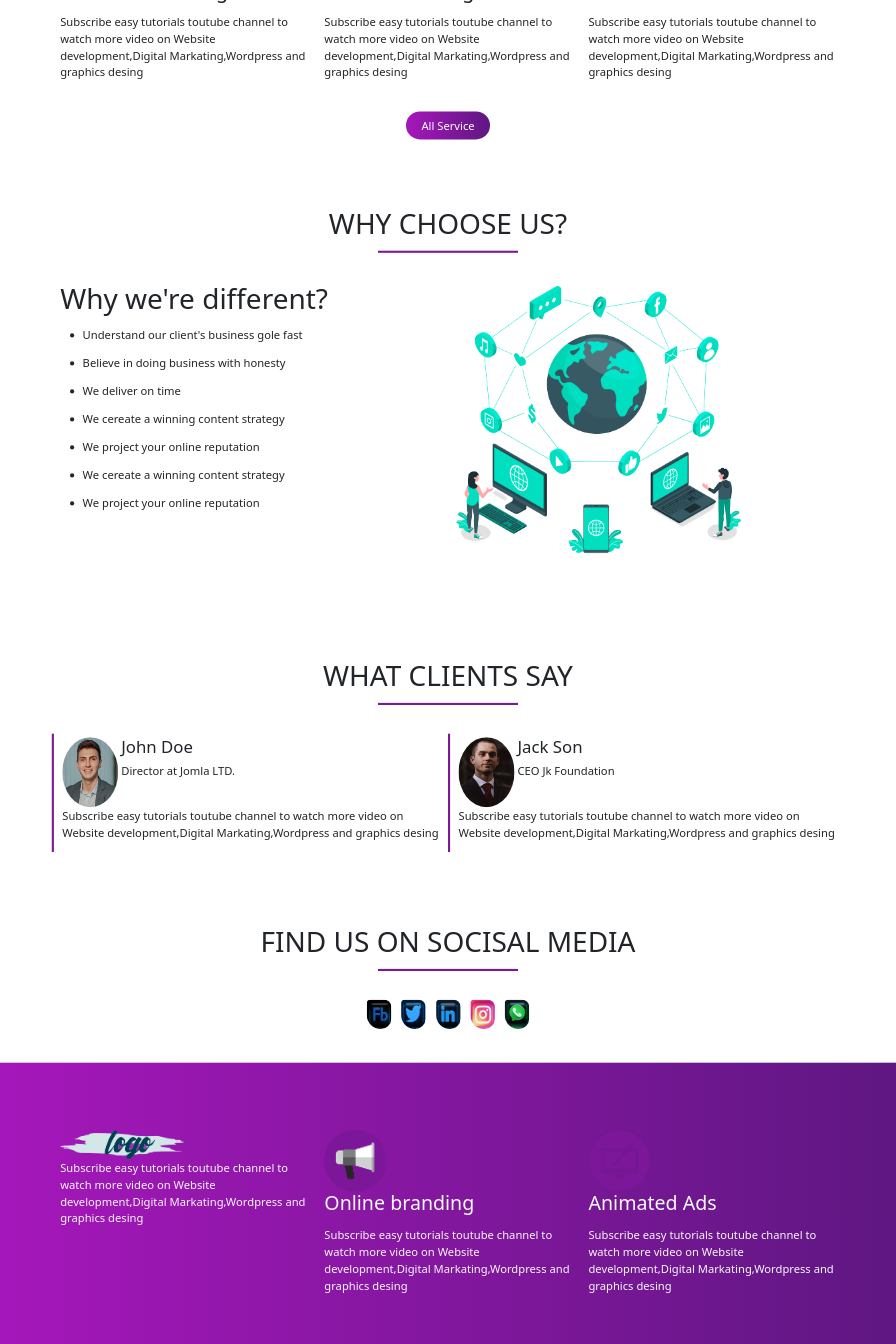
Repository: zjria/PSD-to-HTML-DIGITAL-AGENCY
Page: index.html
An editor plug-in stored every save of this project. The page is shown before and after the next save, followed by the edit.
The browser window is 1280 px wide. The pictures show the part of the page from y = 813 to 2733 px (the page is 2733 px tall), at 70% of full size.
Some web libraries are served in a nearby version.

Above is the page before, as saved 2022-05-11 22:58:25.

### index.html
<!doctype html>
<html lang="en">
  <head>
    <!-- Required meta tags -->
    <meta charset="utf-8">
    <meta name="viewport" content="width=device-width, initial-scale=1">
    <title>DIGITAL AGENCY</title>
    <!-- Bootstrap CSS -->
    <link href="https://cdn.jsdelivr.net/npm/bootstrap@5.0.2/dist/css/bootstrap.min.css" rel="stylesheet">
    <!-- Font awesome link-->
    <link rel="stylesheet" href="https://cdnjs.cloudflare.com/ajax/libs/font-awesome/6.1.1/css/all.min.css">
    <!-- custom CSS  -->
    <link rel="stylesheet" href="css/style.css">
  </head>
  <body>
    <!-- Navbar Section Start -->
    <section class="header">
        <nav class="navbar navbar-expand-md fixed-top">
            <div class="container">
                <a href="#" class="navbar-brand">
                    <img src="img/h_logo.png" alt="" class="menu-icon img-fluid w-50">
                </a>
                <button class="navbar-toggler" data-bs-target="#menunavbarlink" data-bs-toggle="collapse" type="button">
                    <span class="navbar-toggler-icon"></span>
                </button>
                <div class="collapse navbar-collapse fw-bold " id="menunavbarlink">
                  <ul class="navbar-nav ms-auto ">
                    <li class="nav-item ">
                      <a href="#Home" class="nav-link text-white">Home</a>
                    </li>
                    <li class="nav-item">
                      <a href="#Services" class="nav-link text-white">Services</a>
                    </li>
                    <li class="nav-item">
                      <a href="#About" class="nav-link text-white">About</a>
                    </li>
                    <li class="nav-item">
                      <a href="#Testimonials" class="nav-link text-white" >Testimonials</a>
                    </li>
                    <li class="nav-item">
                      <a href="#Contact" class="nav-link text-white">Contact</a>
                    </li>
                  </ul>
                </div>
            </div>
        </nav>
    </section>
    <!-- Navbar Section END -->
    <!-- Navbar Section Start -->
    <section class="" id="baner" id="Home">
      <div class="container p-3 py-5">
        <div class="row align-items-center text-white mt-5">
          <div class="col-md-6">
            <h1>BEST DIGITAL AGENCY</h1>
            <p class="lead">Subscribe easy tutorials toutube channel to watch more video on Website development,Digital Markating,Wordpress and graphics desing</p>
            <a href="#"><img src="img/play.png" class="img-fluid me-2 " alt=""><span>Watch tutorials</span></a>
          </div>
          <div class="col-md-6 m-auto">
            <img src="img/heder_logo.png" class="img-fluid w-75" alt="">
          </div>
        </div>
      </div>
      <img src="img/wave1.png" alt="" class="img-wave1 img-fluid">
    </section>
    <!-- Navbar Section END -->

    <!-- Service Section Start -->
      <section class="service-section">
        <div class="container p-3 py-5">
          <div class="row">
            <h1 class="title">WHAT WE DO?</h1>
          </div>
          <div class="row mt-5">
            <div class="col-12 col-md-4 mb-2">
              <img src="img/service1.png" alt="" class="img-fluid w-25">
              <h3 class="mb-3">Growth Marketing</h3>
              <p>
                Subscribe easy tutorials toutube channel to watch more video on Website development,Digital Markating,Wordpress and graphics desing</p>
            </div>
            <div class="col-12 col-md-4 mb-2">
              <img src="img/service2.png" alt="" class="img-fluid w-25">
              <h3 class="mb-3">Online branding</h3>
              <p>
                Subscribe easy tutorials toutube channel to watch more video on Website development,Digital Markating,Wordpress and graphics desing</p>
            </div>
            <div class="col-12 col-md-4 mb-2">
              <img src="img/service3.png" alt="" class="img-fluid w-25">
              <h3 class="mb-3">Animated Ads</h3>
              <p>
                Subscribe easy tutorials toutube channel to watch more video on Website development,Digital Markating,Wordpress and graphics desing</p>
            </div>
          </div>
          <div class="row">
            <div class="com-12 text-center">
              <button type="button" class="services-button btn">All Service</button>
            </div>
          </div>
        </div>
      </section>
    <!-- Service Section End -->

    <!-- About Section Start -->
    <section class="about-section">
      <div class="container p-3 py-5">
        <div class="row">
          <h1 class="title">WHY CHOOSE US?</h1>
        </div>
        <div class="row my-5">
          <div class="col-md-6">
            <h1>Why we're different?</h1>
            <ul>
              <li class="py-2">Understand our client's business gole fast</li>
              <li class="py-2">Believe in doing business with honesty</li>
              <li class="py-2">We deliver on time</li>
              <li class="py-2">We cereate a winning content strategy</li>
              <li class="py-2">We project your online reputation</li>
              <li class="py-2">We cereate a winning content strategy</li>
              <li class="py-2">We project your online reputation</li>
            </ul>
          </div>
          <div class="col-md-6">
            <img src="img/networker.png" alt="" class="img-fluid w-75">
          </div>
        </div>
      </div>
    </section>

    <!-- About Section End -->

    <!-- Testimonial Start -->
    <section class="Testimonial-section">
      <div class="container p-3 py-5">
        <div class="row">
          <h1 class="title">WHAT CLIENTS SAY</h1>
        </div>
        <div class="row mt-5 man-img">
          <div class="col-12 col-md-6 mb-2 cline-div-style">
            <img src="img/man-1.png" alt="" class="img-fluid">
            <span class="d-inline-block mt-1">
              <h4>John Doe</h4>
              <p>Director at Jomla LTD.</p>
            </span>
            <p>
              Subscribe easy tutorials toutube channel to watch more video on Website development,Digital Markating,Wordpress and graphics desing</p>
          </div>
          <div class="col-12 col-md-6 mb-2 cline-div-style">
            <img src="img/man-2.png" alt="" class="img-fluid">
            <span class="d-inline-block mt-1">
              <h4>Jack Son</h4>
              <p>CEO Jk Foundation</p>
            </span>
            <p>
              Subscribe easy tutorials toutube channel to watch more video on Website development,Digital Markating,Wordpress and graphics desing</p>
          </div>
        </div>
      </div>
    </section>
    <!-- Testimonial End -->

    <!-- Social Section Start -->
    <section class="Social-section">
      <div class="container p-3 py-5">
        <div class="row">
          <h1 class="title">FIND US ON SOCISAL MEDIA</h1>
        </div>
        <div class="row pt-5 text-center">
          <div class="col-12">
            <a href="#"><img src="img/F.png" alt="" class="img-fluid"></a>
            <a href="#"><img src="img/T.png" alt="" class="img-fluid"></a>
            <a href="#"><img src="img/L.png" alt="" class="img-fluid"></a>
            <a href="#"><img src="img/I.png" alt="" class="img-fluid"></a>
            <a href="#"><img src="img/M.png" alt="" class="img-fluid"></a>
          </div>
        </div>
      </div>
    </section>
    <!-- Social Section End -->
    <!-- Footer Section Start -->
    <section class="Footer-section" id="Footer">
      <div class="container p-3 py-5 text-light">
        <div class="row mt-5">
          <div class="col-12 col-md-4 mb-2">
            <img src="img/h_logo.png" alt="" class="img-fluid w-50">
            <p>
              Subscribe easy tutorials toutube channel to watch more video on Website development,Digital Markating,Wordpress and graphics desing</p>
          </div>
          <div class="col-12 col-md-4 mb-2">
            <img src="img/service2.png" alt="" class="img-fluid w-25">
            <h3 class="mb-3">Online branding</h3>
            <p>
              Subscribe easy tutorials toutube channel to watch more video on Website development,Digital Markating,Wordpress and graphics desing</p>
          </div>
          <div class="col-12 col-md-4 mb-2">
            <img src="img/service3.png" alt="" class="img-fluid w-25">
            <h3 class="mb-3">Animated Ads</h3>
            <p>
              Subscribe easy tutorials toutube channel to watch more video on Website development,Digital Markating,Wordpress and graphics desing</p>
          </div>
        </div>

      </div>
    </section>
    <!-- Footer Section End -->


    <!-- Optional JavaScript; choose one of the two! -->
    <!-- Option 1: Bootstrap Bundle with Popper -->
    <script src="https://cdn.jsdelivr.net/npm/bootstrap@5.0.2/dist/js/bootstrap.bundle.min.js"></script>
  </body>
</html>

### css/style.css
.navbar{
    background-image: linear-gradient(to right, #a517ba,#5f1782)!important;
}
#baner{
    background-image: linear-gradient(to right, #a517ba,#5f1782)!important;
    align-items: center;
    margin: auto;
    justify-content: center;
}
#baner a img{
    width: 50px;
    align-items: center;
    margin: auto;
    justify-content: center;

}
#baner a{
    text-decoration: none;
    color: white;
}
.img-wave1{
    width: 100%;
}

/* Service Section */
.title{
    text-align: center;
}
.title::after{
    content: "";
    display: block;
    background: #7B1798;
    height: 3px;
    width: 200px;
    margin: auto;
    transform: translateY(15px);
}

.services-button {
    background-image: linear-gradient(to right, #a517ba,#5f1782);
    color: white;
    border: none;
    width: 120px;
    height: 40px;
    margin: auto;
    border-radius: 20px;
    margin-top: 20px;
}
/* Testimonial-section Section Start  */
.Testimonial-section .man-img img{
    width: 80px;
    border-radius: 50%;
}
/* Cline-section Section Start  */
.cline-div-style{
    border-left: 3px solid #7B1798;
}
/* Social-section */
.Social-section a{
    margin: 5px;

}
.Social-section img{
    width: 35px;
    border-radius: 10px 20px 30px 40px;
    transition: 0.5s;
}
.Social-section img:hover{
    transform: translateY(-15px);
}

/* Footer Section */
#Footer{
    background-image: linear-gradient(to right, #a517ba,#5f1782)!important;
}
#Footer{
    background-image: linear-gradient(to right, #a517ba,#5f1782)!important;
    align-items: center;
    margin: auto;
    justify-content: center;
}

After the next save:
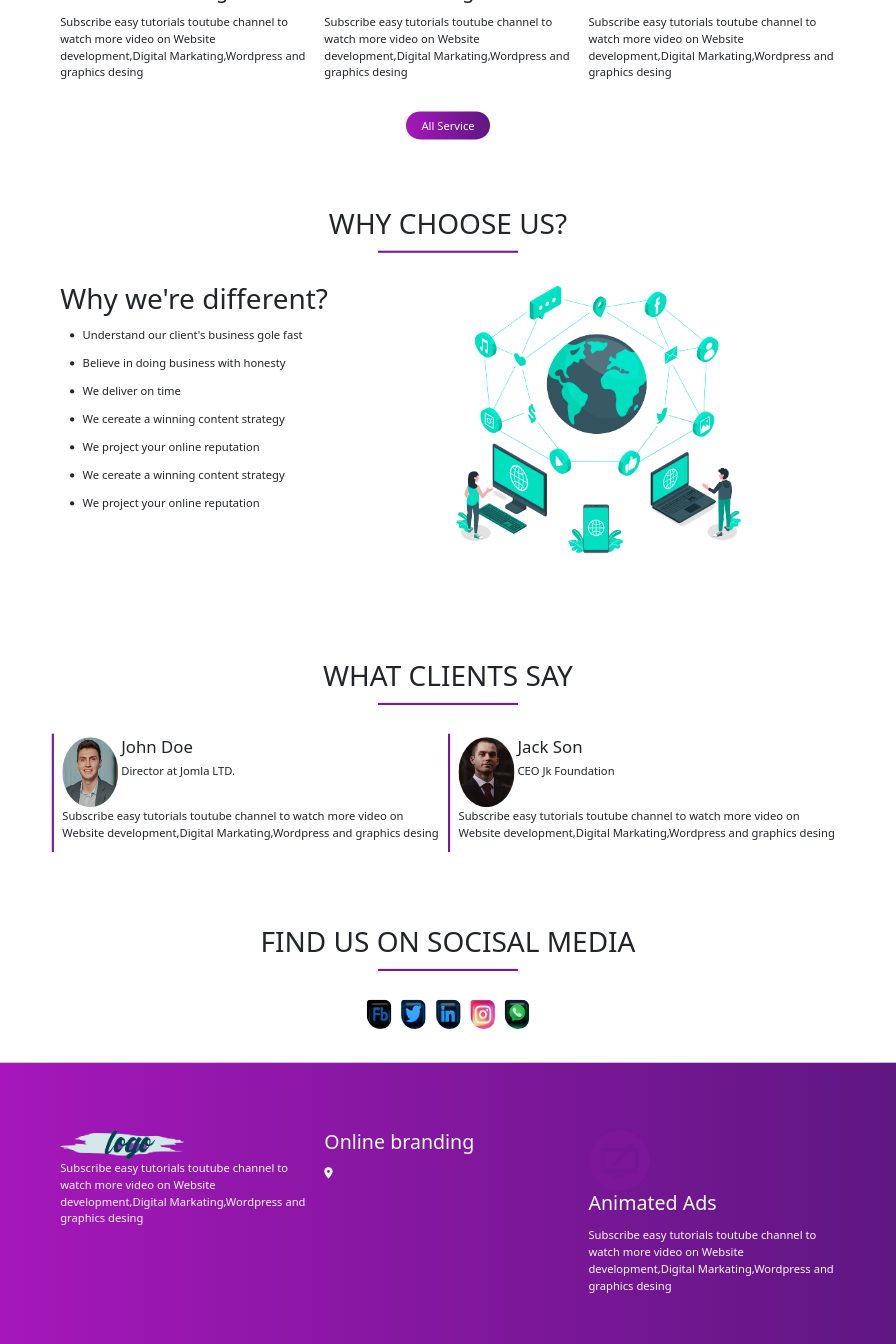
Saved 9 min 30 s later.
--- a/index.html
+++ b/index.html
@@ -185,10 +185,9 @@
               Subscribe easy tutorials toutube channel to watch more video on Website development,Digital Markating,Wordpress and graphics desing</p>
           </div>
           <div class="col-12 col-md-4 mb-2">
-            <img src="img/service2.png" alt="" class="img-fluid w-25">
+
             <h3 class="mb-3">Online branding</h3>
-            <p>
-              Subscribe easy tutorials toutube channel to watch more video on Website development,Digital Markating,Wordpress and graphics desing</p>
+            <p><i class="fa-solid fa-location-dot"></i></p>
           </div>
           <div class="col-12 col-md-4 mb-2">
             <img src="img/service3.png" alt="" class="img-fluid w-25">
